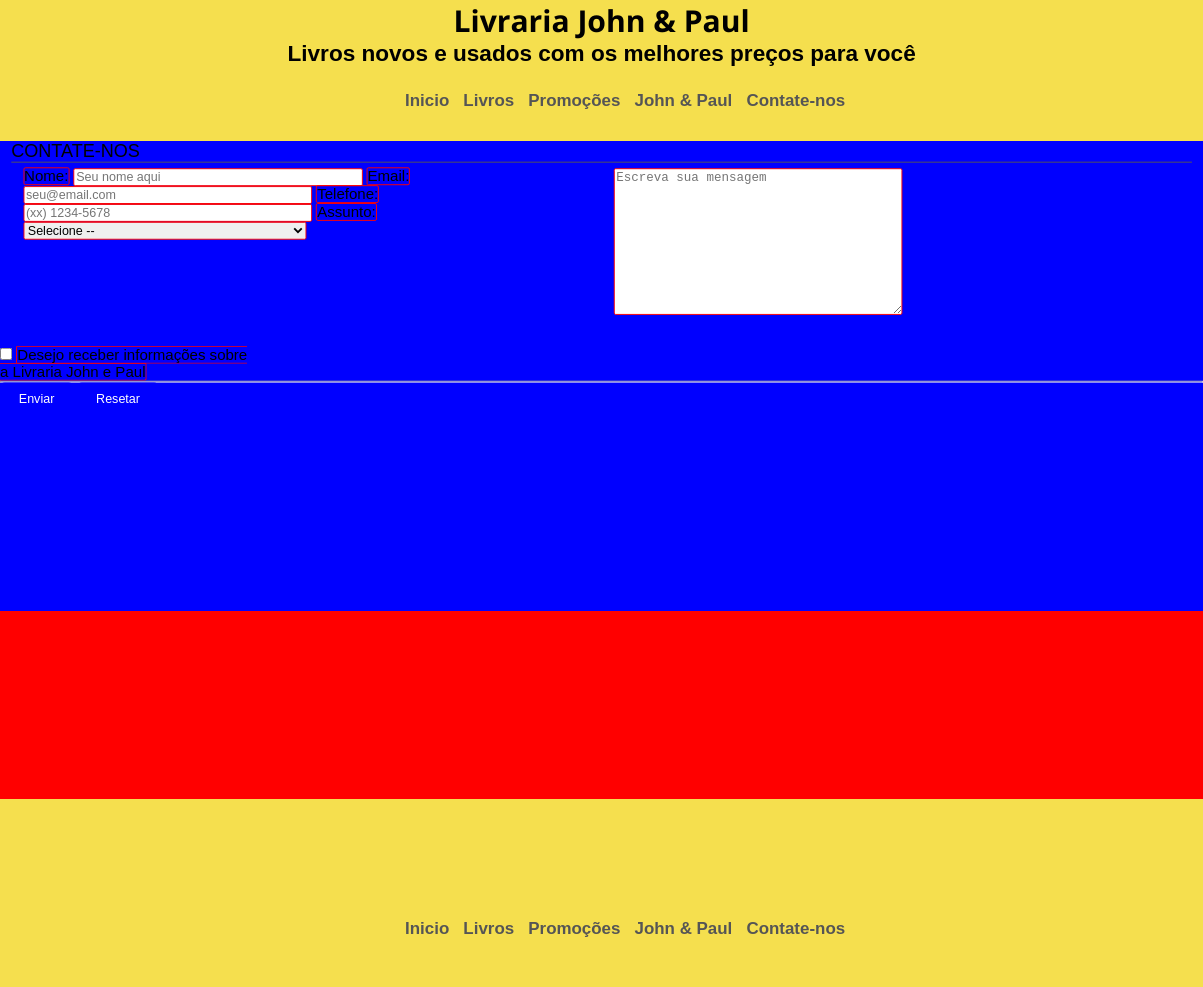
Repository: MarcoantonioCaldeira/Site-livraria-John-e-Paul
Page: contato.html
These files come from the project's save history. The page is drawn as it stood at one moment and after the next save; the edit follows.
The browser window is 1280 px wide. The pictures show the whole page, at 94% of full size.

Above is the page before, as saved 2022-09-25 11:13:26.

### contato.html
<!doctype html>
<html dir="ltr" lang="pt-BR">
<head>
   <meta charset="utf-8">
   <meta name="viewport" content="width=device-width, initial-scale=1.0">

   <title>Meu Primeiro Projeto</title>
   <link rel="stylesheet" href="css/estilo.css">
</head>
<body>
<header id="topo">
   <h1 class="textoVermelho center"> Livraria John & Paul</h1>
   <h2 class="center">Livros novos e usados com os melhores preços para você</h2>

<nav id="menu">
   <ul>
      <li><a href="index.html">Inicio</a></li>
      <li><a href="produtos.html">Livros</a></li>
      <li><a href="#">Promoções</a></li>
      <li><a href="sobre.html">John & Paul</a></li>
      <li><a href="contato.html">Contate-nos</a></li>
   </ul>
</nav>
</header>
<section class="section-contato">
   <form class="formulario">
      <fieldset>
         <legend>Contate-nos</legend>
         <div>
            <label for="nome">Nome:</label>
            <input type="text" name="nome" id="nome" placeholder="Seu nome aqui">
            <label for="email">Email:</label>
            <input type="email" name="email" id="email" placeholder="seu@email.com">
            <label for="tel">Telefone:</label>
            <input type="tel" name="tel" id="tel" placeholder="(xx) 1234-5678" >
            <label for="assunto">Assunto:</label>
            <select name="assunto" id="assunto">
               <option selected="selected">Selecione --</option>
               <option>Trocas</option>
               <option>Atendimento</option>
               <option>Comercial</option>
               <option>Outros</option>
            </select>
         </div>
         <div>
            <textarea name="msg" id="msg" cols="20" rows="10" placeholder="Escreva sua mensagem"></textarea>
         </div>
      </fieldset>
      <input type="checkbox" name="news" id="news">
      <label for="news">Desejo receber informações sobre<br> a Livraria John e Paul</label>
      <hr>
      <button type="submit">Enviar</button>
      <button type="reset">Resetar</button>
   </form>
</section>
<footer id="rodape">
   <ul class="ul_rodape">
      <li><a href="index.html">Inicio</a></li>
      <li><a href="produtos.html">Livros</a></li>
      <li><a href="#">Promoções</a></li>
      <li><a href="sobre.html">John & Paul</a></li>
      <li><a href="contato.html">Contate-nos</a></li>
   </ul>
</footer>
</body>
</html>

### css/estilo.css
/* Import font from google */
@import url(http://fonts.googleapis.com/css?family=Open+Sans:400,300,700);

*{
   margin: 0;
}


body{
   background-color:  rgb(240, 224, 224);
   font-family: sans-serif;
   margin: 0;
   padding: 0;
}
h1,h3,h4,h5,h6{
   font-family: 'Open Sans', sans-serif;
}

.h2_destaque{
   margin-left: 45%;
   margin-top: 5%;
   color:#555;
   font-family: 'Open Sans', sans-serif;
}

#topo{
   background-color: #f5df4e;
   width: 100%;
   height:150px;
   margin:0 auto;
}

.destaques{
   background-color: rgb(240, 224, 224);
   width: 100%;
   height:1300px;
}


#menu{
   width:50%;
   text-align: center;
   margin-top: 2%;
   margin-left: 25%;
   height:50px;
}

a{
   font-weight:600;
   text-decoration: none;
   margin-left: 10px;
   font-family: arial;
   color:#555;
}

#menu li{
   display:inline;
}
.destaques li{
   width: 50%;
   float: left;
   text-align: center;
   list-style: none;
   padding: 20px 0;
}

ul{
   font-size: 18px;
}


.ul_rodape{
   margin-top: 10%;
}

.destaques li strong{
   width: 100%;
   display: block;
}
.center{
   text-align: center;
}



button{
   padding: 10px 20px;
   background-color: blue;
   color: #fff;
   border: none;
   -webkit-border-radius: 5px;
   -moz-border-radius: 5px;
   border-radius: 5px;
}
#rodape{
   width: 100%;
   height: 200px;
   background-color:  #f5df4e;
   color: #ccc;
   float: left;
   text-align: center;
}

p{
   color: #555;
   line-height: 34px;
   margin-left: 4%;
}

li {
   display: inline;
}

/*Produtos*/

.produtos{

   height:600px;
}

table{
   position: relative;
   margin-left: 27%;
   top: 20%;
   background-color:rgb(240, 224, 224);
   border-radius: 5px;
   border: 1px solid #555;
}

tr, td{
   border: 1px solid #555;
}


/*Sobre*/


.sobre{
   width: 100%;
   height:1400px;
}

h4
{
   text-align: center;
}

.h1-sobre{
   margin-top: 6%;
   margin-left: 40%;
}

.section-info{
   position: relative;
   margin-left: 24%;
   margin-top: 4%;
   width: 50%;
   height:200px;
}


.h3-valores{
   margin-top: 6%;
   margin-left: 43%;
}

.section-valores{
   position: relative;
   margin-left: 24%;
   margin-top: 4%;
   width: 50%;
   height:200px;
}

.h3-valores-2{
   margin-top: 4%;
   margin-left: 47%;
}

.h3-missao{
   margin-top: 4%;
   margin-left: 47%;
}

.section-missao{
   position: relative;
   margin-left: 24%;
   margin-top: 4%;
   width: 50%;
   height:200px;
}


/*Contato*/

.section-contato{
   background-color:red;
   width: 100%;
   height: 700px;
}

.formulario{
   background-color:blue;
   height:500px;
}


form fieldset{
   border: none;
}
form legend{
   text-transform: uppercase;
   font-size: 1.2em;
   padding: 0;
   width: 100%;
   border-bottom: 1px solid #555;
}
form label{
   width: 50%;
   border-radius: 2px;
   border: 1px solid;
   border-color: red;
}

form input:not([type=checkbox]){
   width: 50%;
   border-radius: 2px;
   border: 1px solid;
   border-color: red;
}

form select{
   width: 50%;
   border-radius: 2px;
   border: 1px solid;
   border-color: red;
}

form textarea{
   width: 50%;
   border-radius: 2px;
   border: 1px solid;
   border-color: red;
}
form div{
   width: 48%;
   margin: 0 1%;
   height: 180px;
   float: left;
}


@media  screen and (max-width: 750px){


   #main-menu {
      display: none;
    }
    #hamburger-menu {
      display: inline;
    }

   h2.center, h1.center{
      font-size: 19px;
      color: blue;
   }

   h2.h2_destaque{
      margin-left: 40%;
   }

   ul#ul_rodape{
      color: red;
   }

   p{
      color: black;
      margin-top: 20%;
      margin-left: 4%;
   }

}

After the next save:
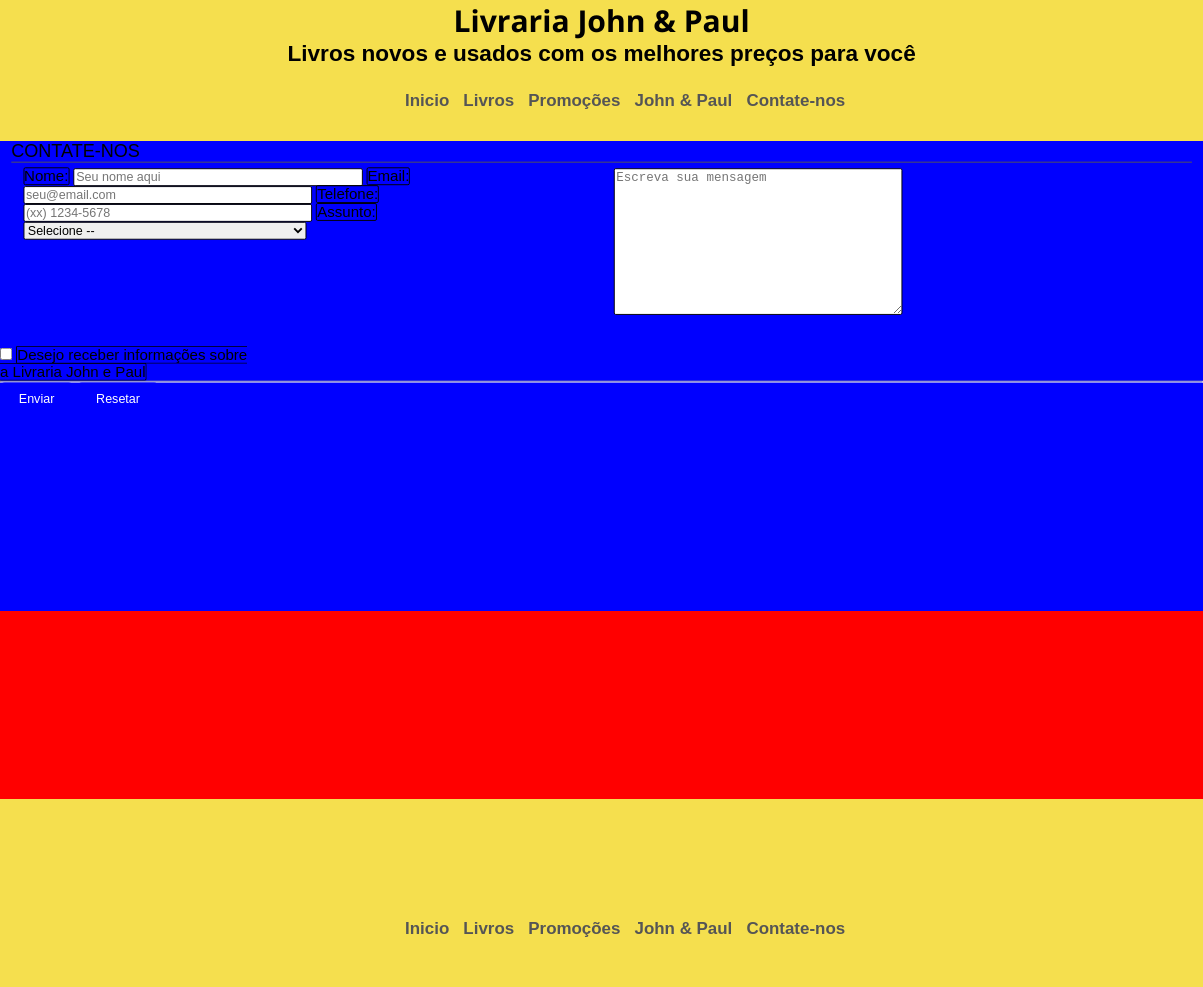
Saved 74 s later.
--- a/css/estilo.css
+++ b/css/estilo.css
@@ -219,28 +219,24 @@ form label{
    width: 50%;
    border-radius: 2px;
    border: 1px solid;
-   border-color: red;
 }
 
 form input:not([type=checkbox]){
    width: 50%;
    border-radius: 2px;
    border: 1px solid;
-   border-color: red;
 }
 
 form select{
    width: 50%;
    border-radius: 2px;
    border: 1px solid;
-   border-color: red;
 }
 
 form textarea{
    width: 50%;
    border-radius: 2px;
    border: 1px solid;
-   border-color: red;
 }
 form div{
    width: 48%;
